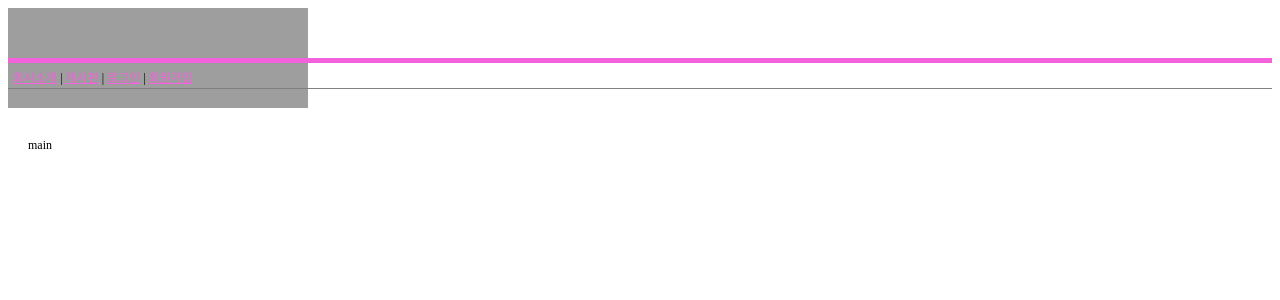
Repository: asaf0813/aisw
Page: java/이클립스/workspace/html/htmltest/WebContent/main.html
The author's editor kept a copy of each file at every save. The page is drawn from the files as they stood at one save, then again after the next save.
The browser window is 1280 px wide. The pictures show the whole page.
Pictures or frames that could not be fetched are drawn as grey boxes.

Above is the page before, as saved 2019-10-03 05:56:27.

### java/이클립스/workspace/html/htmltest/WebContent/main.html
<!doctype html>
<html lang="en">
	<head>
		<meta charset="UTF-8">
		<meta name="Generator" content="EditPlus®">
		<meta name="Author" content="">
		<meta name="Keywords" content="">
		<meta name="Description" content="">
		<title>main</title>
		<link href="./main.css" rel="stylesheet" type="text/css" >
	</head>
	<body>
		<div class="header">
			<a href="./main.html">
			<img width="300" height="100" src = "http://www.postech.ac.kr/wp-content/themes/postech/images/imgs/signature4.png", alt="" ></a>
		<p style="margin-top:20px"></p>
		</div>
		<div class="topnavi_ds">
			<div class="topnavi">
				<a href="./intro/intro.html">회사소개</a> |	<a href="./board/list.html">게시판</a> | <a href="./member/login.html">로그인</a> | <a href="./member/join.html">회원가입</a>
			</div>
		</div>

		<div class="divide"/>
		<div class="body"> main</div>
	</body>
</html>

### java/이클립스/workspace/html/htmltest/WebContent/main.css
.header a:hover{color:red;}
.header a{color:blue;}

.header{
	width:1000px;
	height:50px;
	float:left;
	font-size: 9pt;
}

.topnavi_ds{
	width:100%;
	height:5px;
	background-color:#F361DC;
	float:left;
}
.topnavi a:hover{color:green;}
.topnavi a{color:#F361DC;}

.topnavi{
	width:1000px; height:30px;
	float:left;
	margin-top:10px;
	margin-left:5px;
	font-size: 9pt;
}

.divide{
	width:100%;
	height:1px;
	float:left;
	margin-top: 25px;
	background-color:gray;
}

.body{
	font-size: 9pt;
	margin-top:50px;
	margin-left:20px;
	width:1000px;
	height:500px;
	float:left;
}

After the next save:
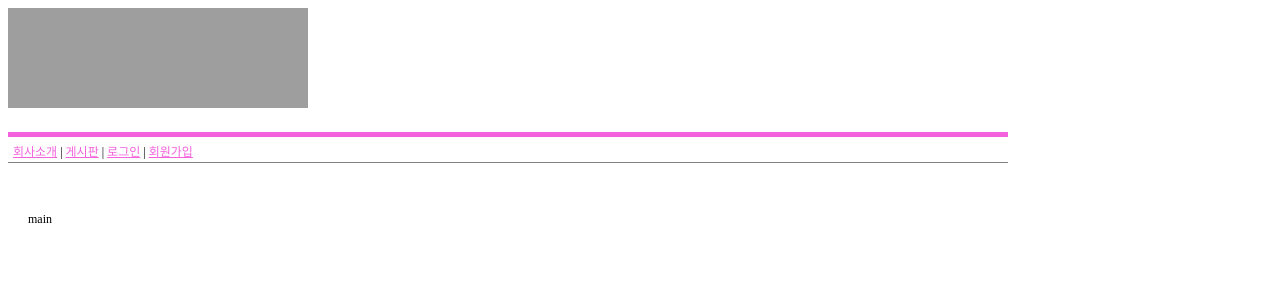
Saved 44 s later.
--- a/java/이클립스/workspace/html/htmltest/WebContent/main.html
+++ b/java/이클립스/workspace/html/htmltest/WebContent/main.html
@@ -13,7 +13,8 @@
 		<div class="header">
 			<a href="./main.html">
 			<img width="300" height="100" src = "http://www.postech.ac.kr/wp-content/themes/postech/images/imgs/signature4.png", alt="" ></a>
-		<p style="margin-top:20px"></p>
+		<div>
+			<p style="margin-top:20px"></p>
 		</div>
 		<div class="topnavi_ds">
 			<div class="topnavi">
